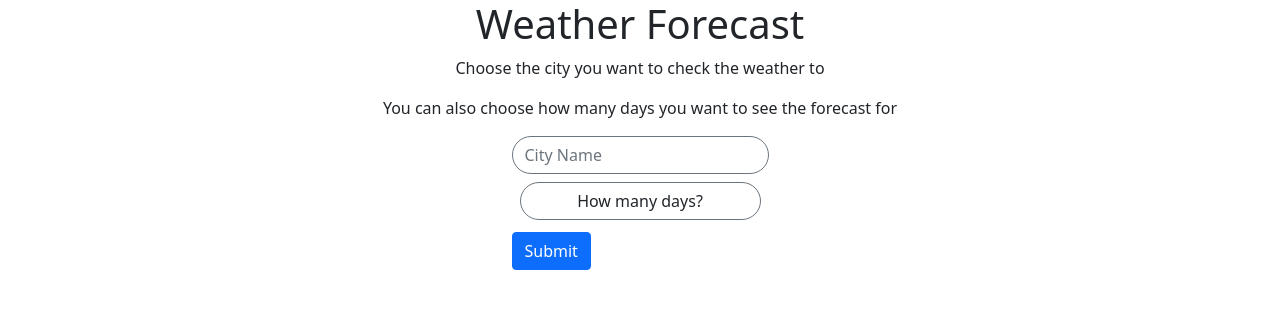
Repository: DimitrisDoxopoulos/my-own-weather-app
Page: /
The author's editor kept a copy of each file at every save. The page is drawn from the files as they stood at one save, then again after the next save.
The browser window is 1280 px wide. The pictures show the whole page.
The project was rebuilt for these pictures with package versions that can differ from the ones it lists, and the page was loaded fresh each time.

Above is the page before, as saved 2021-06-03 18:39:46.

After the next save:
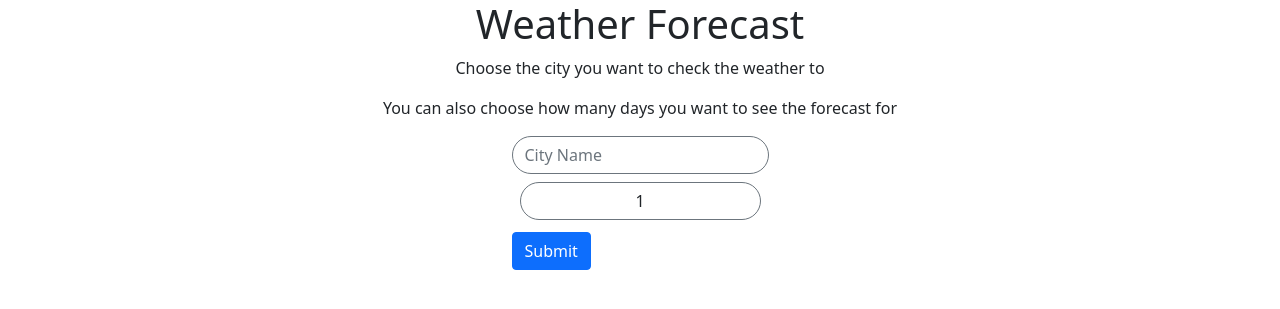
Saved 11 s later.
--- a/src/components/Form.js
+++ b/src/components/Form.js
@@ -9,7 +9,6 @@ const Form = () => {
                 </div>
                 <div className="form-group d-flex p-2">
                     <select className="form-control border-secondary rounded-pill text-center" id="exampleFormControlSelect1" placeholder="How many days?">
-                        <option selected>How many days?</option>
                         <option value="1">1</option>
                         <option value="2">2</option>
                         <option value="3">3</option>
